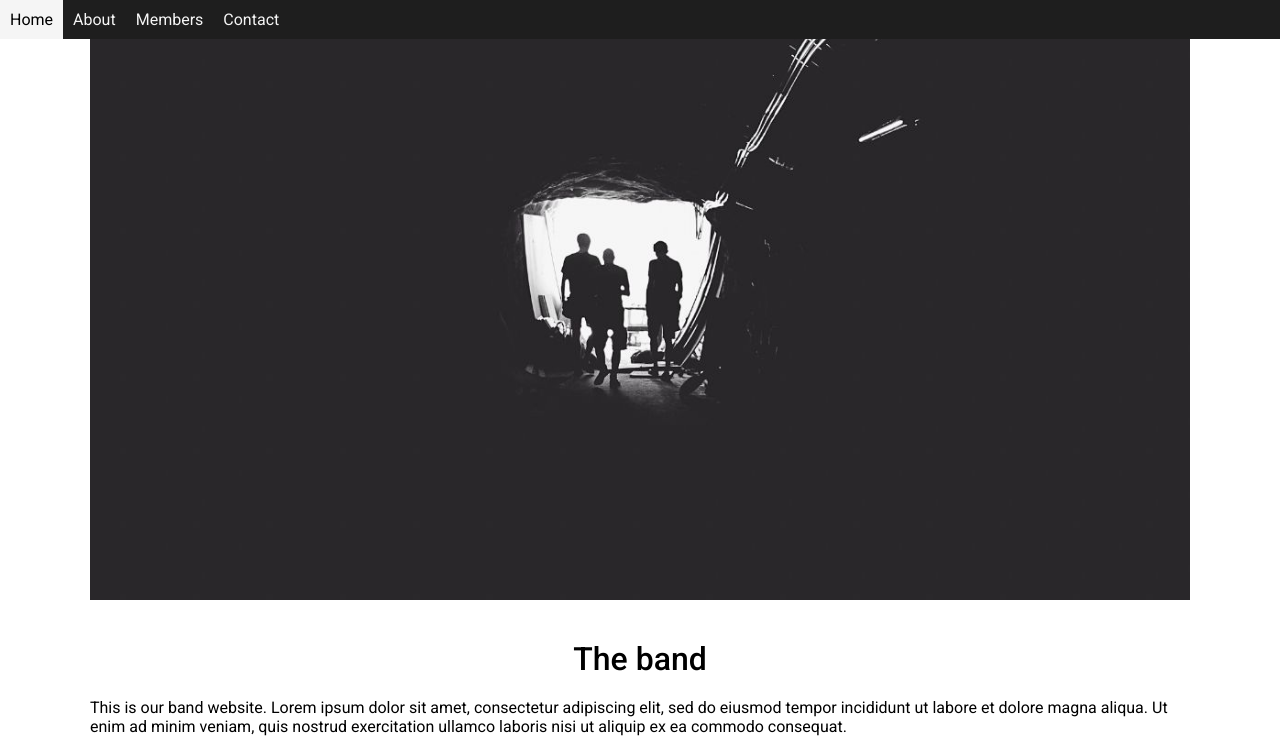
Repository: hieu-22/w3_band_UI
Page: index.html
These files come from the project's save history. The page is drawn as it stood at one moment and after the next save; the edit follows.
The browser window is 1280 px wide. The pictures show the whole page.

Above is the page before, as saved 2022-12-30 09:23:14.

### index.html
<!DOCTYPE html>
<html lang="en">
<head>
    <meta charset="UTF-8">
    <meta http-equiv="X-UA-Compatible" content="IE=edge">
    <meta name="viewport" content="width=device-width, initial-scale=1.0">
    <title>The band - by w3school</title>
    <link rel="stylesheet" href="assets/css/style.css">
    <link rel="preconnect" href="https://fonts.googleapis.com"><link rel="preconnect" href="https://fonts.gstatic.com" crossorigin><link href="https://fonts.googleapis.com/css2?family=Roboto:wght@100;300;400;500;700&display=swap" rel="stylesheet">
</head>
<body>
    <header class="header">
        <nav class="navigation-bar">
            <ul class="navigation-bar__list">
                <li class="navigation-bar__list-item">
                    Home
                </li>
                <li class="navigation-bar__list-item">
                    About
                </li>
                <li class="navigation-bar__list-item">
                    Members
                </li>
                <li class="navigation-bar__list-item">
                    Contact
                </li>
            </ul>
        </nav>
        <div class="banner"></div>
    </header>

    <main class="content">
        <div class="content__about">
            <h1 class="content__about-name">The band</h1>
            <p class="content__about-description"> This is our band website. Lorem ipsum dolor sit amet, consectetur adipiscing elit, sed do eiusmod tempor incididunt ut labore et dolore magna aliqua. Ut enim ad minim veniam, quis nostrud exercitation ullamco laboris nisi ut aliquip ex ea commodo consequat.
            </p>
        </div>
    </main>

    <footer>

    </footer>
</body>
</html>

### assets/css/style.css
* {
    box-sizing: border-box;
    padding: 0;
    margin: 0;

}

html {
    font-family: 'Roboto', sans-serif;
    font-size: 16px;
    width: 1100px;
    margin: auto;
}

.header {
    height: 600px;
}

.navigation-bar {
    position: absolute;
    top: 0;
    left: 0;
    width: 100%;
    background-color: rgb(30, 30, 30);
}

.navigation-bar__list {
    display: flex;
    justify-content: flex-start;
    align-items: center;
    border-radius: 2px;
    list-style-type: none;
}

.navigation-bar__list-item {
    padding: 10px;
    color: whitesmoke;
}
.navigation-bar__list-item:hover {
    background-color: whitesmoke;
    color: black;
    cursor: pointer;
}

.banner {
    height: 100%;
    width: auto;
    background-image: url('../img/img_la.jpg');
    background-size: cover;
}

/* main content */
.content__about {
    margin-top: 20px;
}

.content__about-name {
    font-weight: 500;
    text-align: center;
    padding: 20px 0;
}

.content__about-description {

}

After the next save:
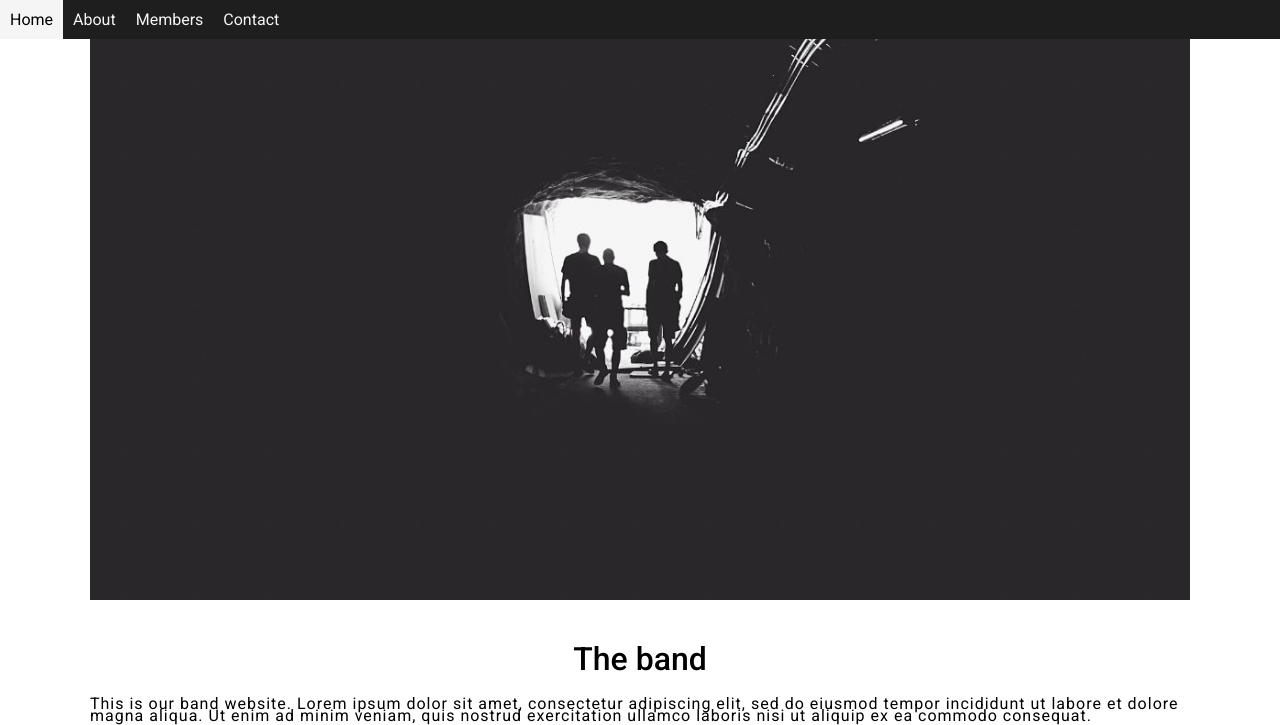
Saved 86 s later.
--- a/assets/css/style.css
+++ b/assets/css/style.css
@@ -61,5 +61,6 @@ html {
 }
 
 .content__about-description {
-
+    letter-spacing: 1px;
+    line-height: 12px;
 }
